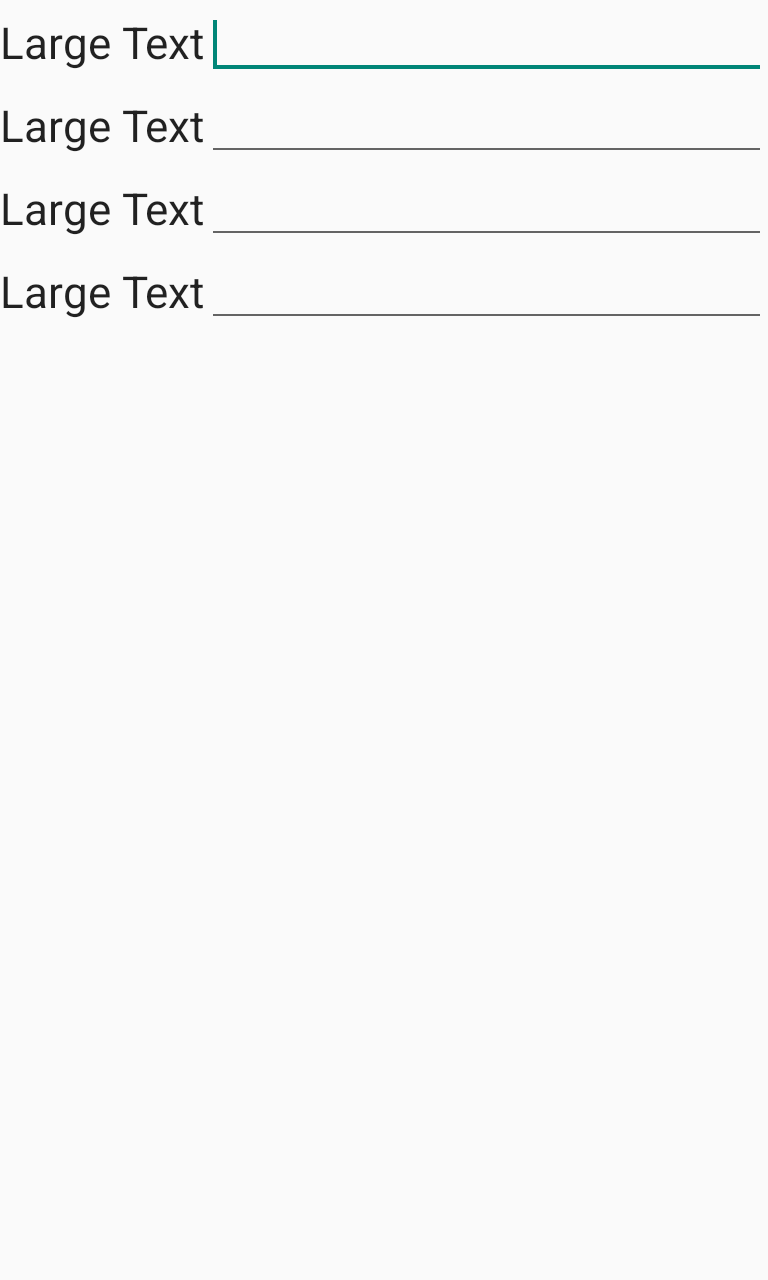
Repository: charlesweng/school
Layout: simpleandroidapps/GettingToKnowUIActivities/charleswengScoringProject/charleswengScoring/res/layout/fragment_teamdialog.xml
These files come from the project's save history. The layout is drawn as it stood at one moment and after the next save; the edit follows.
It is drawn on a 768 x 1280 px phone screen (xhdpi) without system bars, with theme AppTheme; the app's code is not run.

Above is the layout before, as saved 2014-04-26 08:37:26.

After the next save:
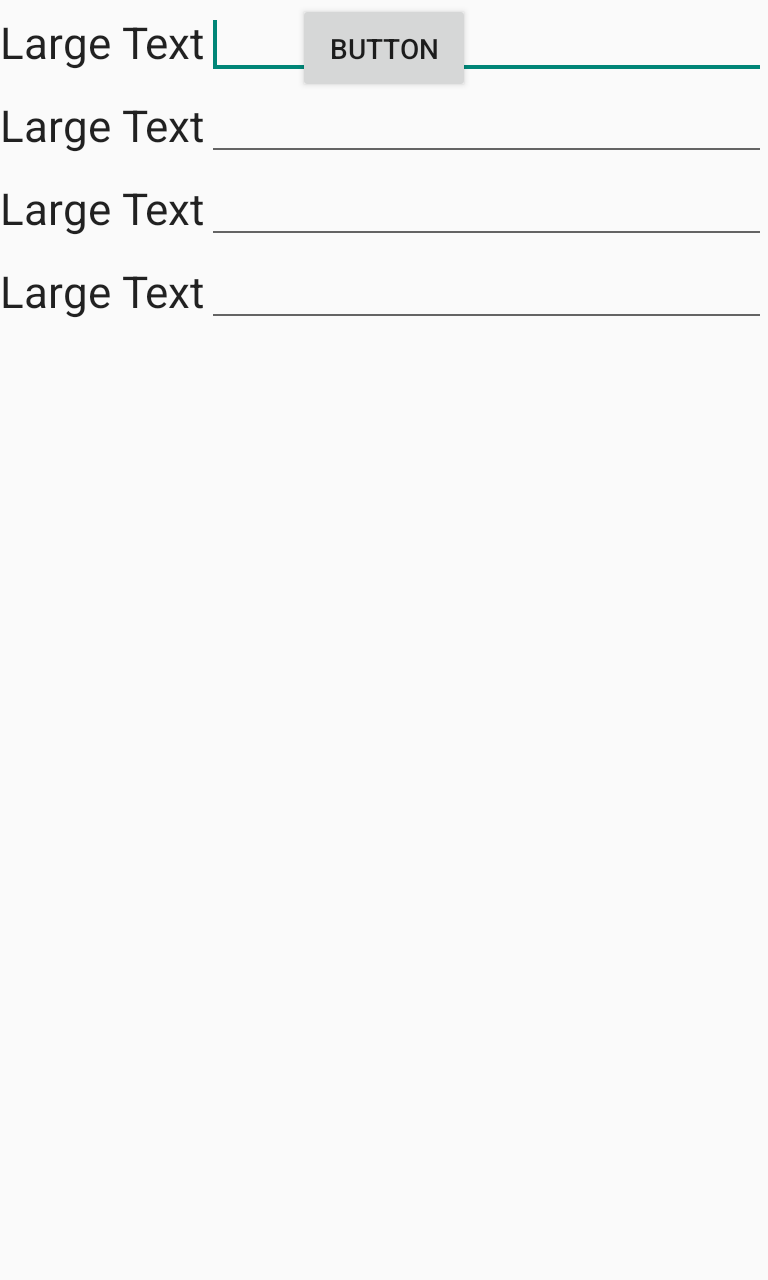
Saved 30 s later.
--- a/simpleandroidapps/GettingToKnowUIActivities/charleswengScoringProject/charleswengScoring/res/layout/fragment_teamdialog.xml
+++ b/simpleandroidapps/GettingToKnowUIActivities/charleswengScoringProject/charleswengScoring/res/layout/fragment_teamdialog.xml
@@ -85,4 +85,11 @@
         android:ems="10" >
     </EditText>
 
+    <Button
+        android:id="@+id/button1"
+        android:layout_width="wrap_content"
+        android:layout_height="wrap_content"
+        android:layout_centerHorizontal="true"
+        android:text="Button" />
+
 </RelativeLayout>
